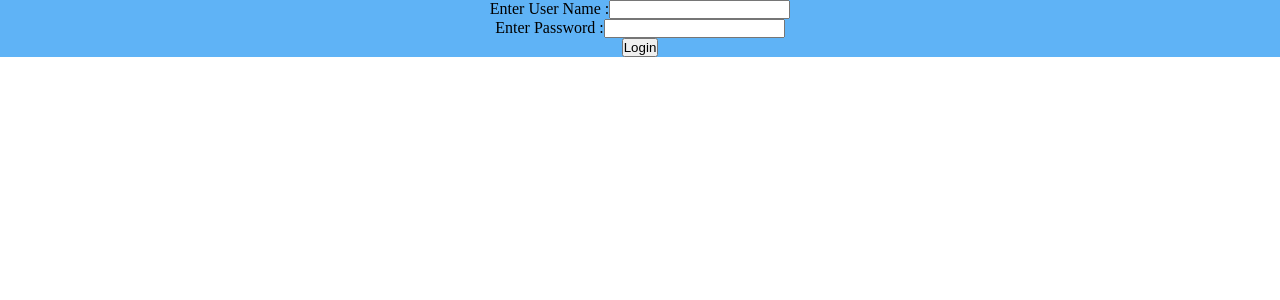
Repository: MyselfAman/Login_Page_Servlet
Page: http://localhost/Login_Page/login.jsp
The author's editor kept a copy of each file at every save. The page is drawn from the files as they stood at one save, then again after the next save.
The browser window is 1280 px wide. The pictures show the whole page.
The page is served by Tomcat 9. Other server files are loaded and not shown.

Above is the page before, as saved 2019-08-08 03:57:49.

### Login_Page/WebContent/login.jsp
<%@ page language="java" contentType="text/html; charset=ISO-8859-1"
    pageEncoding="ISO-8859-1"%>
<!DOCTYPE html>
<html>
<head>
<meta charset="ISO-8859-1">
<title>LearnToCode | Login</title>
 <link href="style.css" rel="stylesheet" type="text/css">
</head>
<body>


	<form action="login" class="login">
	 Enter User Name :<input type="text" name="username" ><br>
	  Enter Password :<input type="password" name="password"><br>
	  <input type="submit" value="Login">
	</form>
</body>
</html>

### Login_Page/WebContent/style.css
@charset "ISO-8859-1";


*{
	margin:0px;
	padding:0px;
}

body{

}

.login{
	margin: auto;
	text-align: center;
	background-color:#5fb3f6;
}

After the next save:
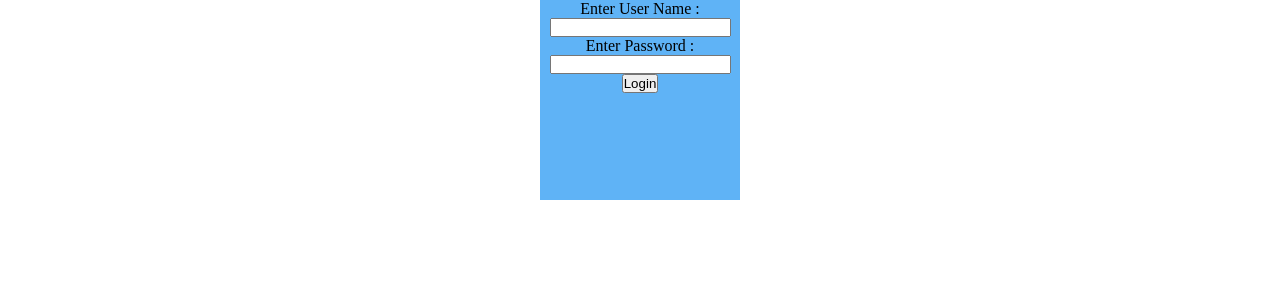
Saved 63 s later.
--- a/Login_Page/WebContent/style.css
+++ b/Login_Page/WebContent/style.css
@@ -14,4 +14,6 @@ body{
 	margin: auto;
 	text-align: center;
 	background-color:#5fb3f6;
+	height:200px;
+	width: 200px;
 }
